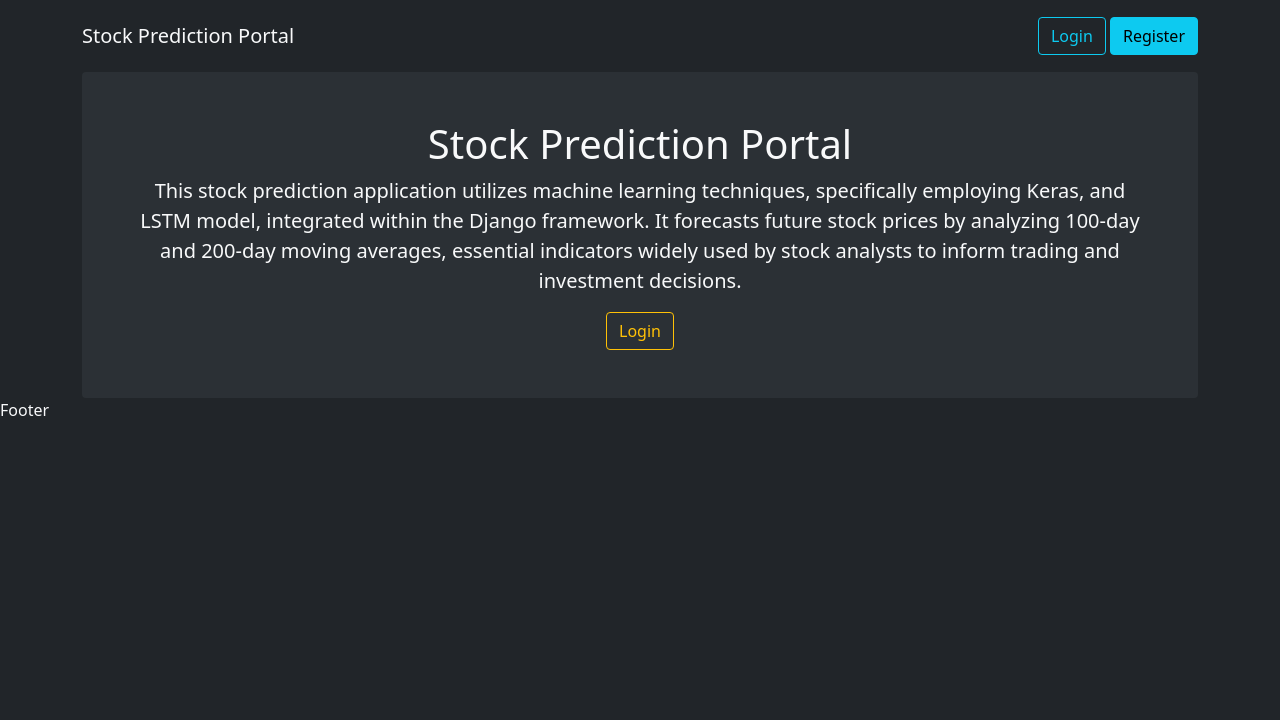
Repository: killerTiger10/stock-prediction-portal
Page: / (app in frontend-react/)
These files come from the project's save history. The page is drawn as it stood at one moment and after the next save; the edit follows.
The browser window is 1280 px wide. The pictures show the whole page.
The project was rebuilt for these pictures with package versions that can differ from the ones it lists, and the page was loaded fresh each time. Also part of the build but not shown: frontend-react/vite.config.js.

Above is the page before, as saved 2025-06-14 00:09:32.

### frontend-react/index.html
<!DOCTYPE html>
<html lang="en">
  <head>
    <meta charset="UTF-8" />
    <link rel="icon" type="image/svg+xml" href="/vite.svg" />
    <meta name="viewport" content="width=device-width, initial-scale=1.0" />
    <title>Stock Prediction Portal</title>
    <link
      href="https://cdn.jsdelivr.net/npm/bootstrap@5.0.2/dist/css/bootstrap.min.css"
      rel="stylesheet"
    />
  </head>
  <body>
    <div id="root"></div>
    <script type="module" src="/src/main.jsx"></script>
    <script src="https://cdn.jsdelivr.net/npm/bootstrap@5.0.2/dist/js/bootstrap.bundle.min.js"></script>
  </body>
</html>

### frontend-react/src/App.jsx
import { useState } from "react";
import "./assets/css/style.css";
import Footer from "./components/Footer";
import Header from "./components/Header";
import Main from "./components/Main";
function App() {
  const [count, setCount] = useState(0);

  return (
    <>
      <Header />
      <Main />
      <Footer />
    </>
  );
}

export default App;

### frontend-react/src/assets/css/style.css
body {
  background-color: #212529;
}

.bg-light-dark {
  background-color: #2b3035;
}

### frontend-react/src/components/Footer.jsx
import React from "react";

const Footer = () => {
  return <div className="text-light">Footer</div>;
};

export default Footer;

### frontend-react/src/components/Header.jsx
import React from "react";

const Header = () => {
  return (
    <>
      <nav className="navbar container pt-3 pb-3">
        <a href="" className="navbar-brand text-light">
          Stock Prediction Portal
        </a>
        <div>
          <a href="" className="btn btn-outline-info">
            Login
          </a>
          &nbsp;
          <a href="" className="btn btn-info">
            Register
          </a>
        </div>
      </nav>
    </>
  );
};

export default Header;

### frontend-react/src/components/Main.jsx
import React from "react";

const Main = () => {
  return (
    <>
      <div className="container">
        <div className="p-5 text-center bg-light-dark rounded">
          <h1 className="text-light">Stock Prediction Portal</h1>
          <p className="lead text-light">
            This stock prediction application utilizes machine learning
            techniques, specifically employing Keras, and LSTM model, integrated
            within the Django framework. It forecasts future stock prices by
            analyzing 100-day and 200-day moving averages, essential indicators
            widely used by stock analysts to inform trading and investment
            decisions.
          </p>
          <a href="" className="btn btn-outline-warning">
            Login
          </a>
        </div>
      </div>
    </>
  );
};

export default Main;

Loaded but not shown: frontend-react/src/main.jsx (common file)

After the next save:
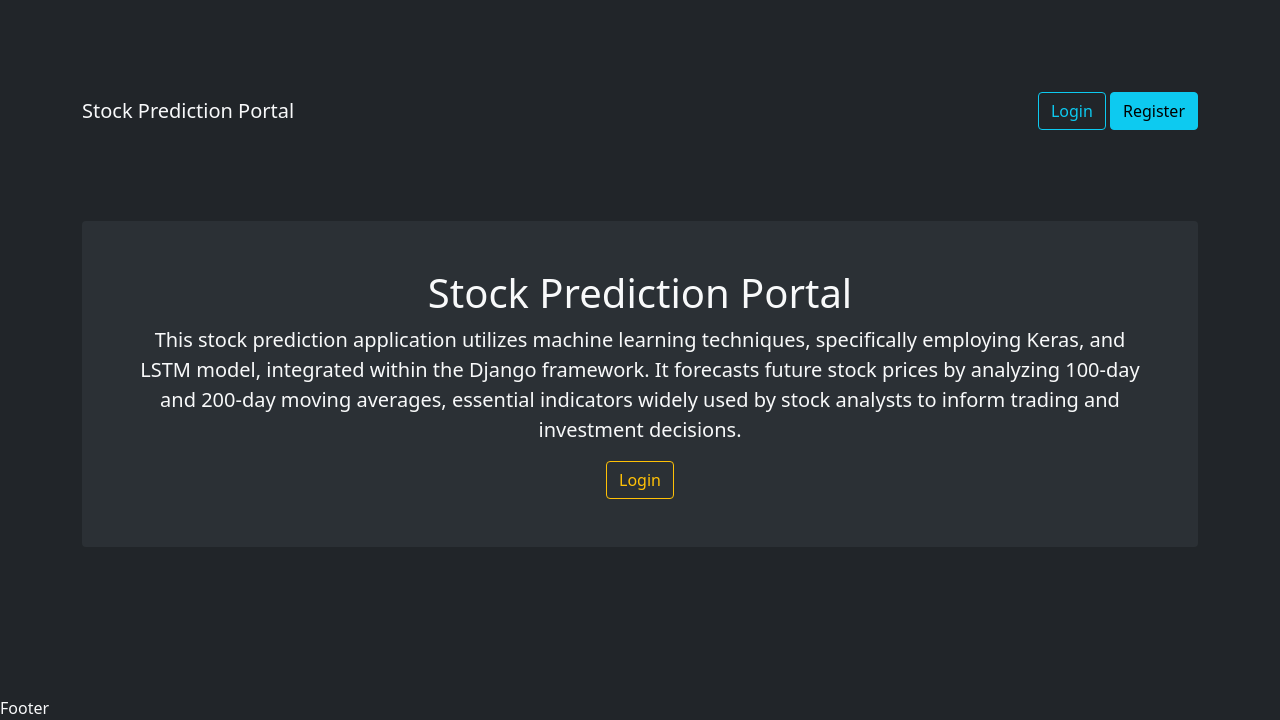
Saved 2 min 11 s later.
--- a/frontend-react/src/assets/css/style.css
+++ b/frontend-react/src/assets/css/style.css
@@ -5,3 +5,13 @@ body {
 .bg-light-dark {
   background-color: #2b3035;
 }
+
+#root {
+  display: flex;
+  flex-direction: column;
+  min-height: 100vh;
+}
+
+.container {
+  flex: 1;
+}
